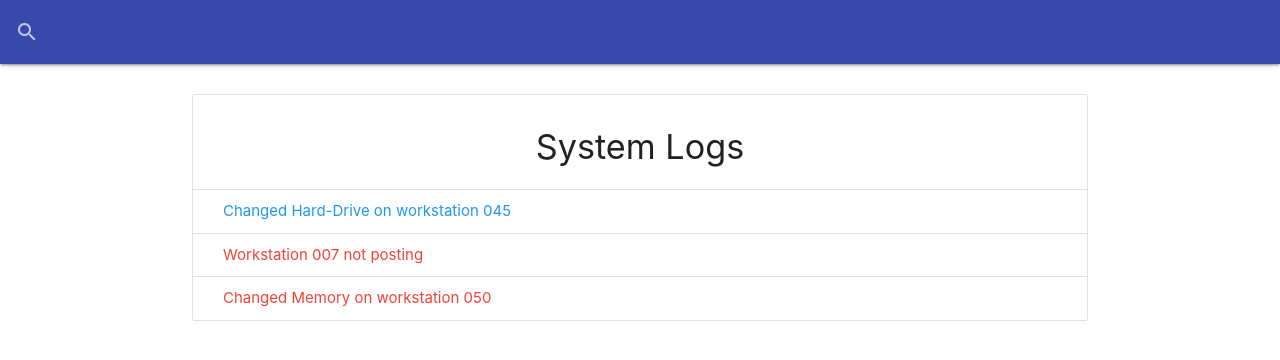
Repository: syedabdulrahim/IT_Logger
Page: /
An editor plug-in stored every save of this project. The page is shown before and after the next save, followed by the edit.
The browser window is 1280 px wide. The pictures show the whole page.
The project was rebuilt for these pictures with package versions that can differ from the ones it lists, and the page was loaded fresh each time. Requests to the local data server were answered from the project's data file. Also part of the build but not shown: src/App.css.

Above is the page before, as saved 2020-10-29 15:50:28.

After the next save:
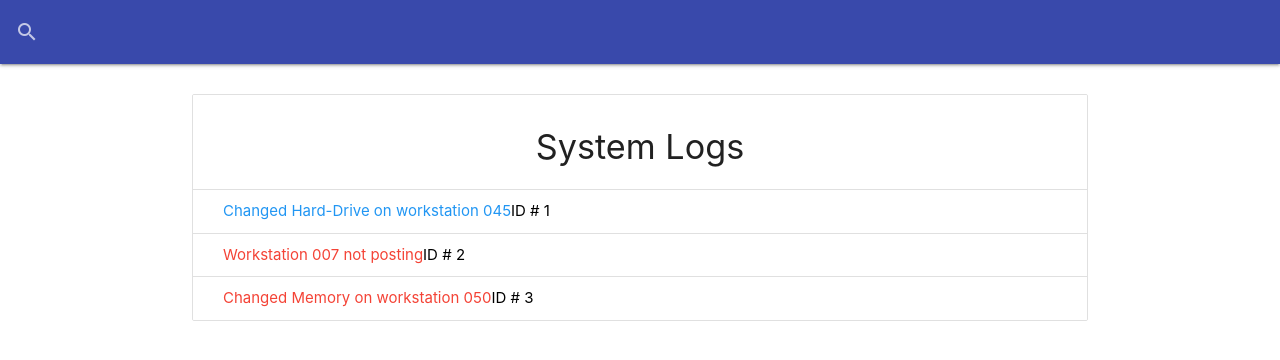
Saved 3 min 24 s later.
--- a/src/components/logs/LogItem.js
+++ b/src/components/logs/LogItem.js
@@ -7,7 +7,13 @@ const LogItem = ({log}) => {
 
             <li className="collection-item">
                 <div>
-                    <a href="" className={`modal-trigger ${log.attention?'red-text':'blue-text'}`}>{log.message}</a>
+                    <a href=""
+                     className={`modal-trigger ${log.attention?'red-text':'blue-text'}`}>
+                         {log.message}
+                    </a>
+                    <span>
+                            <span className="black-text">ID # {log.id}</span>
+                    </span>
                 </div>
             </li>
 
